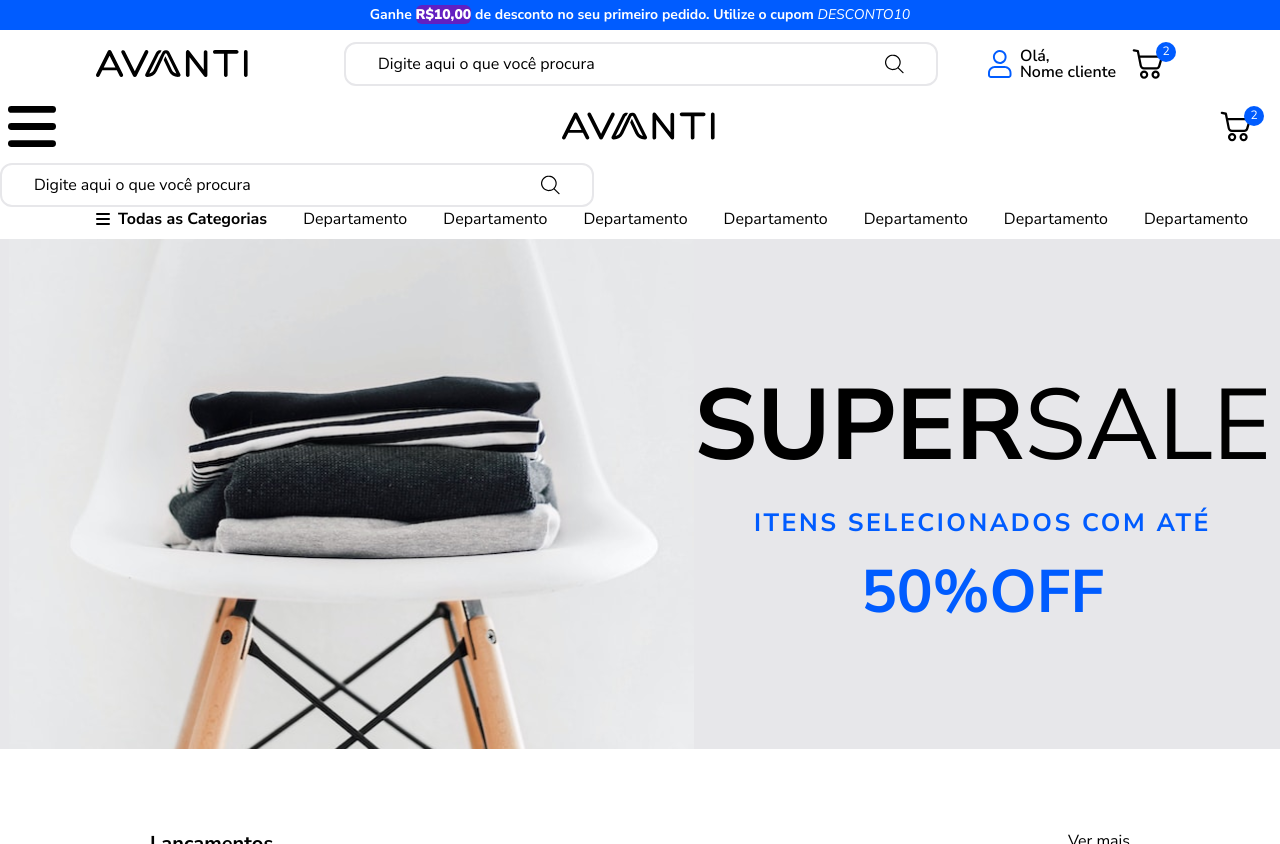
Repository: chidekina/avanti-01
Page: index.html
These files come from the project's save history. The page is drawn as it stood at one moment and after the next save; the edit follows.
The browser window is 1280 px wide. The pictures show the part of the page from y = 0 to 844 px (the page is 4181 px tall before and 4170 px after).
A picture or video elsewhere on the page could not be fetched, so the positions and the page height are approximate.

Above is the page before, as saved 2025-04-15 14:35:07.

After the next save:
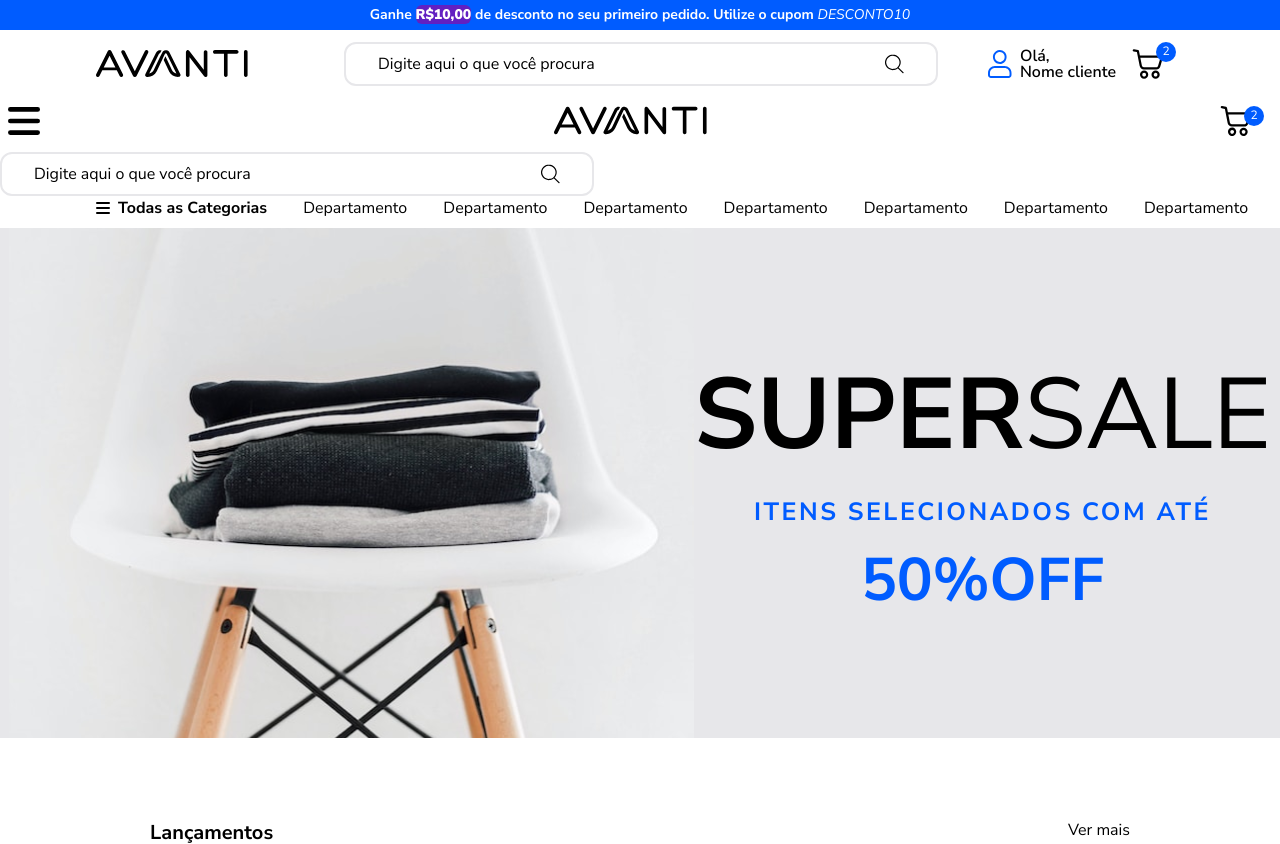
Saved 4 s later.
--- a/index.html
+++ b/index.html
@@ -46,7 +46,7 @@
       </div>
       <div class="">
         <div class="flex justify-between my-4 mx-2">
-          <img src="./assets/menu-hamburger.svg" alt="menu hamburguer" class="w-12">
+          <img src="./assets/menu-hamburger.svg" alt="menu hamburguer" class="w-8">
           <img src="./assets/logo.svg" alt="logo da Avanti">
           <div class="flex">
             <img src="./assets/cart.svg" alt="imagem de um carrinho de compras" class="w-[32px]" />
